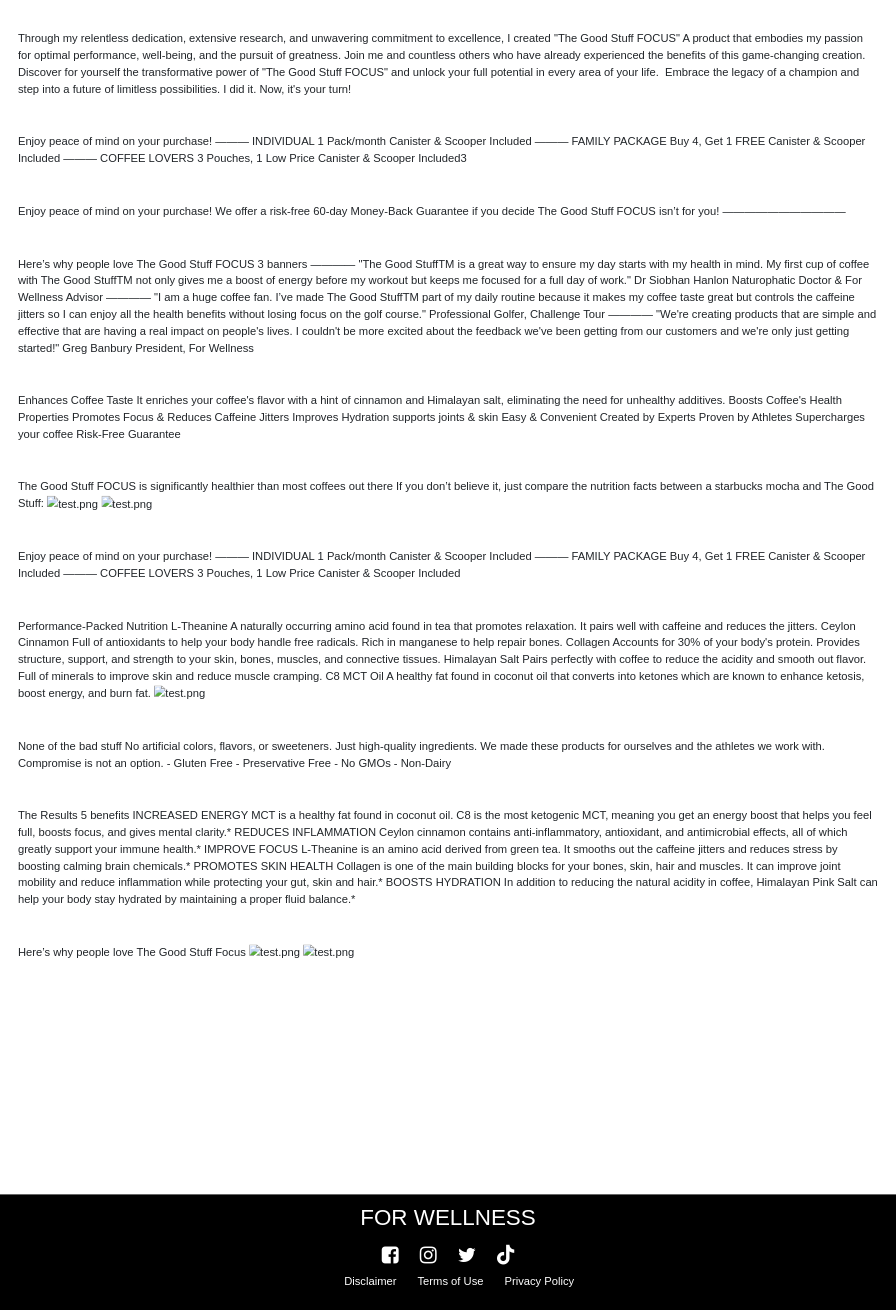
Repository: dariusprince90/wellness-landing
Page: index.html
The author's editor kept a copy of each file at every save. The page is drawn from the files as they stood at one save, then again after the next save.
The browser window is 1280 px wide. The pictures show the part of the page from y = 2826 to 4746 px (the page is 4698 px tall before and 4746 px after), at 70% of full size.

Above is the page before, as saved 2023-07-26 10:31:03.

### index.html
<!doctype html>
<html lang="en">

<head>
  <title>For Wellness Store</title>
  <!-- Required meta tags -->
  <meta charset="utf-8">
  <meta name="viewport" content="width=device-width, initial-scale=1, shrink-to-fit=no">

  <!-- Bootstrap CSS v5.2.1 -->
  <link href="https://cdn.jsdelivr.net/npm/bootstrap@5.2.1/dist/css/bootstrap.min.css" rel="stylesheet"
    integrity="sha384-iYQeCzEYFbKjA/T2uDLTpkwGzCiq6soy8tYaI1GyVh/UjpbCx/TYkiZhlZB6+fzT" crossorigin="anonymous">
    <link rel="stylesheet" href="https://cdnjs.cloudflare.com/ajax/libs/font-awesome/6.4.0/css/all.min.css" integrity="sha512-iecdLmaskl7CVkqkXNQ/ZH/XLlvWZOJyj7Yy7tcenmpD1ypASozpmT/E0iPtmFIB46ZmdtAc9eNBvH0H/ZpiBw==" crossorigin="anonymous" referrerpolicy="no-referrer" />
    <link rel="stylesheet" href="https://maxcdn.bootstrapcdn.com/font-awesome/4.7.0/css/font-awesome.min.css">
    <link rel="stylesheet" href="css/styles.css">


</head>

<body>
  <header>
    Urgent News for Coffee Lovers Across America

  </header>
  <main>

    <section class="s-001-text">

        The Healthy Coffee Creamer that will completely elevate your morning routine.


Could this decadent mocha creamer be the
secret to better Aging, Improved Energy Levels, and a Healthier Body Composition?


1st sales banners

Boosts Energy
and Burns Fat

Boost Focus,
Feel Fuller, and Obtain Mental Clarity


Supercharges the Natural Health Benefits of Your Coffee


Supports Joints,
Skin, and
Hair Health

    </section>
<br/>
<br/>

    <section class="s-002-text">

        “I can't believe this is actually good for me!”

- I shouted out after my first cup of The Good Stuff FOCUS...


———————————
If you're anything like me, you understand the sheer joy of that perfect cup of morning coffee, complete with a generous scoop of sugar and cream.

The aroma fills the air, that first sip tantalizes your taste buds, and a warm rush of satisfaction washes over you.

It's a routine we can all relate to, isn't it?

Now, when it comes to creamers, my weakness has always been those with a cocoa or chocolate flavor.

It takes that already divine experience and elevates it to new heights of indulgence.
    </section>

    <section class="s-003-text">

        But here's the catch—I've always felt a twinge of guilt
when giving in to my sweet tooth and adding those
extra scoops of cream and sugar to my coffee...

    </section>
    <section class="s-004-text">
        Deep down, I knew it wasn't the healthiest choice, yet I found myself doing it almost every morning

———————————


About a year ago, as I glanced at the scale, I realized it was time for a major change.

Despite considering myself fairly healthy, working out three times a week and making smarter food choices like opting for sweet potato fries over regular ones, I still couldn't shake off that stubborn belly fat and flabby arms.

It puzzled me.

How could I be putting in the effort to stay healthy but still struggle with 20-30 pounds of excess weight?

———————————


For as long as I can remember, my routine involved jogging to Starbucks in Naperville each morning, treating myself to either a grande Java Chip Frappuccino or a Venti Cafe Mocha as a reward for completing my run.

I always assumed these drinks were relatively healthy, no different from the coffee I made at home with cream and sugar.

That illusion shattered when I stumbled upon a Facebook post from one of my fit friends, exposing the alarming sugar content in Starbucks drinks.

Naturally, I was skeptical at first, but curiosity got the better of me. I visited Starbucks' website, and there it was—the nutrition label, revealing a shocking truth.
    </section>
    <section class="s-005-text">
        <img src=""/ alt="test.png">
        <img src=""/ alt="test.png">

    </section>
    <section class="s-006-text">
        I'm no nutritionist or personal trainer, but even I could see the red flags: nearly 60 grams of sugar, over 400 calories per drink, and a laundry list of unrecognizable ingredients like Xanthan Gum, Palm Kernel Oil, and Processed Alkali.

It was a wake-up call.

I realized my health was gradually deteriorating, and there was a reason I couldn't shed that stubborn belly fat, or as I affectionately called it, my built-in flotation device.
———————————


But it wasn't just the weight gain—I began noticing
random bumps and wrinkles on my skin, and my hair
seemed to be thinning by the month.
———————————


Aging, I thought, until I considered the possibility that there might be more to it.

Refusing to accept my fate of carrying around those extra pounds and experiencing premature aging, I embarked on a mission to find a solution.

I scoured the internet for a way to maintain my beloved chocolate coffee morning routine without compromising two things:
———————————


The 2 buttons

The delicious taste of my coffee

And my overall well-being
    </section>

    <section class="s-007-text">

After days of intensive research,
I stumbled upon a unique product
called "The Good Stuff FOCUS"


Created by none other than professional golfer Phil Mickelson and his long-term friend and elite performance coach, Dave Phillips.

It promised to be a healthy alternative to the additional 500 calories
I was consuming each morning in my coffee.

Curiosity piqued, I decided to take the plunge and ordered a
bag—and let me tell you,

I haven't looked back since.



Dave PhillipsElite Performance Coach
& For Wellness Co-founder
    </section>

    <section class="s-008-text">
        <img src="" alt="test.png"/>
        <img src="" alt="test.png"/>
        <img src="" alt="test.png"/>

        The results have been astounding!

3 banners

My productivity has
drastically improved…

My workouts are stronger
and more efficient..

My daily energy has
noticeably improved.

The best part?

I didn't have to sacrifice the heavenly taste I love
in order to become healthier!

It's a win-win situation that has me hooked for life.

    </section>
    <section class="s-009-text">
        <img src="" alt="test.png"/>
    </section>
    <section class="s-010-text">
        We hear stories like this all the time from our customers and
I’d like to dive a bit deeper into


Why The Good Stuff™ FOCUS is such a powerful
tool when it comes to optimizing health, focus,
and a better quality of life


Before I share with you a bit more about
The Good Stuff™ FOCUS, I’d like to tell you a little bit about me and why I created this life changing product that has propelled me to:

3 benefits

Take my health from getting sick every couple of months to 100%

Achieve tied 2nd place at the Masters tournament this year, at the age of 52 (17 years older than the first place winner!)


Feel the best I have in years

And so much more.

<img src="" alt="test.png"/>
Phil MickelsonElite Performance Coach
& For Wellness Co-founder
    </section>

    <section class="s-011-text">
        Hey there, I'm Phil Mickelson
        <img src="" alt="test.png"/>

If you're a fan of professional golf, chances are you've heard my name before.

But for those who don't know me, let me introduce myself.

I've dedicated most of my life to playing golf at the highest level, constantly striving for greatness and pushing my limits.

Throughout my journey, I've accomplished some incredible feats with the help of hard work and an incredible support system.

I take pride in being a three-time Masters tournament champion, along with clinching victory in 42 other major PGA Tour events, including being the oldest winner of the PGA Championship at the age of 51 in 2021.

Of course, there have been moments of near-misses and runner-ups, but that's all part of the game.

However, there's more to my story than golf championships.

    </section>


    <section class="s-012-text">
        I've undergone a personal transformation
that has had a profound impact on my life

It all started with a realization that I needed to take accountability for my own health if
I wanted any chance at longevity in my golf career.

This sparked my desire to share my journey and help others unlock their full potential.

And that's how For Wellness came to be—a company with a mission to ignite holistic improvement, not just in performance, but in overall well-being.
    </section>

    <section class="s-013-text">
        But let me take you back to a critical moment
in my life, around 13 years ago.

At the time, I was at the pinnacle of my career.

On the surface, it seemed like I had it all—a promising golfing future and a path to winning my third Masters title.

But behind the scenes, something sinister was brewing.

Every 2-3 months I would fall incredibly ill seemingly out of nowhere.

It was a terrifying situation that sent me searching for answers.
———————————

Following countless doctor visits and consultations with world renowned medical specialists we discovered that my immune system was under attack due to a major imbalance in my Th1 and Th2 cells.

This was following my diagnosis of psoriatic arthritis which was a major issue given that I rely on my body and health in order to keep living out my passions.

———————————

Now, if you're unfamiliar with psoriatic arthritis, consider yourself fortunate.

Psoriatic arthritis is an agonizing autoimmune disease, in which your body's immune system attacks healthy cells and tissue, causing inflammation in your joints.

Not only is it extremely painful, but psoriatic arthritis also causes stiffness in joints.

As a professional sportsman, my entire career, everything I'd spent decades working toward, was in jeopardy.


It was a life-altering moment that forced me
to confront my health head-on.

———————————

But I wasn't ready to let my condition dictate my future.

I embarked on a relentless quest to find a solution, exploring various treatments and seeking advice from top specialists.

It was during this journey that I discovered the power of holistic approaches to wellness—combining the right nutrition, lifestyle adjustments, and targeted support for my body's needs.

The biggest factor that we discovered in my case was that I needed to increase my Th2 cell production.


    </section>


    <section class="s-014-text">
        Driven by my own experiences and the desire to help others
facing similar challenges,


I became determined to create a product
that could enhance not only performance but overall well-being


I consulted my close friend and renowned performance coach Dave Phillips. He’s long been an advocate for the health benefits of coffee, and he whipped up what would go on to become The Good Stuff™, the first iteration of our super-powered super powder designed to help and feel your best.

Dave literally came up with this blend while experimenting in his kitchen and came up with something truly life-changing. After the success of The Good Stuff™, we started thinking about what other utility we wanted from our coffee, to help people get not only the best from their bodies, but from their minds as well.

Dave Phillips & Elite Performance Coach
& For Wellness Co-founder
    </section>
    <section class="s-015-text">
        "The Good Stuff FOCUS”
        was born out of this vision


        A carefully crafted formula that combines
        the best natural ingredients to:

        4 benefits

        - Boost Focus and Mental Clarity,

        - Increase Energy,

        - Combats Inflammation,

        - Promotes joint, skin, and hair health

    </section>
    <section class="s-016-text">
        Through my own personal journey, I've learned that even in the face of adversity, transformation is possible.

I ditched the bad stuff, overhauled my diet and exercise regime, and I’ve never looked back.

Today, I stand before you as living proof that embracing a holistic approach to wellness can have a profound impact on our lives.

There is a reason The Good Stuff FOCUS is my secret weapon for peak performance, enhanced concentration, and a winning edge in everything I do.

    </section>

    <section class="s-017-text">
        Let me share with you the story
behind its creation


———————————
———————————

Fueling My Success

As a professional golfer, I understand the importance of optimal physical and mental well-being in achieving greatness on and off the course.

Along with my close friend and top performance coach, Dave Phillips, I realized that I needed a tool that could provide sustained energy, enhance focus, and promote a positive mindset – all essential elements for peak performance.

———————————
———————————
Unleashing Natural Energy

I was determined to create a solution that didn't rely on artificial stimulants or short-lived energy boosts.

Instead, I wanted to harness the power of natural ingredients to provide a sustained and balanced lift in energy.

I wanted individuals to operate at their best without the jitters or crashes often associated with traditional energy drinks or coffee.


———————————
———————————
Mood-Boosting Magic

I recognized the significant impact of mood on our daily lives.

That's why I set out to develop a product that could uplift spirits, reduce stress, and promote a positive outlook.

I wanted to create a mood-enhancing experience that would empower individuals to face challenges with resilience, optimism, and unwavering determination.

———————————
———————————
Elevating the Morning Ritual

I understood the importance of a well-crafted morning routine in setting the tone for the entire day.

That's why "The Good Stuff FOCUS" is designed as a powerful but simple addition to anyone's morning ritual – a delightful, flavorful, and mood-boosting elixir that turns ordinary mornings into extraordinary moments of self-care and personal growth.

    </section>

    <section class="s-018-text">
        Through my relentless dedication,
extensive research, and unwavering commitment to excellence, I created "The Good Stuff FOCUS"

A product that embodies my passion for optimal performance,
well-being, and the pursuit of greatness.


Join me and countless others who have already experienced the benefits of this game-changing creation.

Discover for yourself the transformative power of "The Good Stuff FOCUS" and unlock your full potential in every area of your life.

Embrace the legacy of a champion and step into a future of limitless possibilities.


I did it. Now, it's your turn!
    </section>
    <section class="s-019-text">
        Enjoy peace of mind on your purchase!

———
INDIVIDUAL
1 Pack/month
Canister & Scooper Included
———
FAMILY PACKAGE
Buy 4, Get 1 FREE

Canister & Scooper Included

———
COFFEE LOVERS

3 Pouches, 1 Low Price


Canister & Scooper Included3
    </section>
    <section class="s-020-text">
        Enjoy peace of mind on your purchase!

We offer a risk-free 60-day
Money-Back Guarantee if you decide
The Good Stuff FOCUS isn’t for you!

———————————
</section>
<section class="s-021-text">
Here’s why people love The Good Stuff FOCUS

3 banners
————
"The Good StuffTM is a great way to ensure my day starts with my health in mind.
My first cup of coffee with The Good StuffTM not only gives me a boost of energy before my workout but keeps me focused for a full day of work."

Dr Siobhan Hanlon
Naturophatic Doctor & For Wellness Advisor


————
"I am a huge coffee fan. I’ve made The Good StuffTM part of my daily routine because it makes my coffee taste great but controls the caffeine jitters so I can enjoy all the health benefits without losing focus on the golf course."

Professional Golfer, Challenge Tour

————
"We're creating products that are simple and effective that are having a real impact on people's lives. I couldn't be more excited about the feedback we've been getting from our customers and we're only just getting started!"

Greg Banbury
President, For Wellness
</section>

<section class="s-022-text">
        Enhances Coffee Taste

	It enriches your coffee's flavor with a hint of cinnamon and Himalayan salt, eliminating the need for unhealthy additives.


Boosts Coffee's Health Properties


Promotes Focus & Reduces Caffeine Jitters

Improves Hydration


supports joints & skin

Easy & Convenient


Created by Experts


Proven by Athletes


Supercharges your coffee


Risk-Free Guarantee

    </section>

    <section class="s-023-text">
        The Good Stuff FOCUS is significantly healthier
than most coffees out there

If you don’t believe it, just compare the nutrition facts between
a starbucks mocha and The Good Stuff:

<img src="" alt="test.png"/>
<img src="" alt="test.png"/>

    </section>
    <section class="s-024-text">
        Enjoy peace of mind on your purchase!
———
INDIVIDUAL
1 Pack/month
Canister & Scooper Included
———
FAMILY PACKAGE
Buy 4, Get 1 FREE

Canister & Scooper Included

———
COFFEE LOVERS

3 Pouches, 1 Low Price


Canister & Scooper Included
    </section>
    <section class="s-025-text">
        Performance-Packed Nutrition

L-Theanine

A naturally occurring amino acid found in tea that promotes relaxation. It pairs well with caffeine and reduces the jitters.


Ceylon Cinnamon


Full of antioxidants to help your body handle free radicals. Rich in manganese to help repair bones.


Collagen

Accounts for 30% of your body's protein. Provides structure, support, and strength to your skin, bones, muscles, and connective tissues.


Himalayan Salt

Pairs perfectly with coffee to reduce the acidity and smooth out flavor. Full of minerals to improve skin and reduce muscle cramping.


C8 MCT Oil

A healthy fat found in coconut oil that converts into ketones which are known to enhance ketosis, boost energy, and burn fat.
<img src="" alt="test.png"/>
    </section>
    <section class="s-026-text">
        None of the bad stuff

No artificial colors, flavors, or sweeteners. Just high-quality ingredients. We made these products
for ourselves and the athletes we work with. Compromise is not an option.


-
Gluten Free

-
Preservative Free

-
No GMOs

-
Non-Dairy
    </section>

    <section class="s-027-text">

The Results

5 benefits

INCREASED ENERGY

MCT is a healthy fat found in coconut oil. C8 is the most ketogenic MCT, meaning you get an energy boost that helps you feel full, boosts focus, and gives mental clarity.*

REDUCES INFLAMMATION


Ceylon cinnamon contains
anti-inflammatory, antioxidant, and antimicrobial effects, all of which greatly support your immune health.*


IMPROVE FOCUS



L-Theanine is an amino acid derived from green tea. It smooths out the caffeine jitters and reduces stress by boosting calming brain chemicals.*


PROMOTES SKIN HEALTH


Collagen is one of the main building blocks for your bones, skin, hair and muscles. It can improve joint mobility and reduce inflammation while protecting your gut, skin and hair.*


BOOSTS HYDRATION


In addition to reducing the natural acidity in coffee, Himalayan Pink Salt can help your body stay hydrated by maintaining a proper fluid balance.*

    </section>

    <section class="s-028-text">
        Here’s why people love The Good Stuff Focus
        <img src="" alt="test.png"/>
        <img src="" alt="test.png"/>
    </section>
    <section class="s-029-text">
    </section>
    <section class="s-030-text">
    </section>
    <section class="s-031-text">
    </section>

    <section class="s-032-text">
    </section>

    <section class="s-00#-text">
    </section>
    <section class="s-00#-text">
    </section>


  </main>
  <footer>
    <h2>
        FOR WELLNESS
    </h2>
    <span>
        <i class="fa fa-facebook-square soclmd" aria-hidden="true"></i>
        <i class="fa fa-instagram soclmd" aria-hidden="true"></i>
        <i class="fa fa-twitter soclmd" aria-hidden="true"></i>
        <i class="fa-brands fa-tiktok soclmd"></i>


    </span>

    <span>
        <ul>
            <li>Disclaimer</li>
            <li>Terms of Use</li>
            <li>Privacy Policy</li>

        </ul>

    </span>



  </footer>
  <!-- Bootstrap JavaScript Libraries -->
  <script src="https://cdn.jsdelivr.net/npm/@popperjs/core@2.11.6/dist/umd/popper.min.js"
    integrity="sha384-oBqDVmMz9ATKxIep9tiCxS/Z9fNfEXiDAYTujMAeBAsjFuCZSmKbSSUnQlmh/jp3" crossorigin="anonymous">
  </script>

  <script src="https://cdn.jsdelivr.net/npm/bootstrap@5.2.1/dist/js/bootstrap.min.js"
    integrity="sha384-7VPbUDkoPSGFnVtYi0QogXtr74QeVeeIs99Qfg5YCF+TidwNdjvaKZX19NZ/e6oz" crossorigin="anonymous">
  </script>
</body>

</html>

### css/styles.css
@import url('https://fonts.googleapis.com/css2?family=Lato:wght@900&display=swap');



body, footer, header {
    font-family: 'Poppins', sans-serif;
}

header {
    font-family: 'Poppins', sans-serif;
    font-weight: 500;
}

footer, header, .s-012-text {
    background-color: #000000;
    color: #ffffff;
    text-align: center;
}

footer, header {
    padding: 1vw;
}

footer {
    bottom: 0;
    position: static;
}

ul li,
li {
    text-decoration: none;
    display: inline;
    padding: 1vw;
}

section {
    padding: 2vw;
}

.soclmd {
    font-size: 2.2vw;
    padding: 1vw;

}


/*
----------------------------------------------------------------
                Section styles
----------------------------------------------------------------
*/

.s-001-text {
        text-emphasis: none;
}

.s-002-text {
    text-emphasis: none;
}

.s-003-text {
    text-emphasis: none;
}

.s-004-text {
    text-emphasis: none;
}

.s-005-text {
    text-emphasis: none;
}

.s-006-text {
    text-emphasis: none;
}


.s-007-text {
    text-emphasis: none;
}

.s-008-text {
    text-emphasis: none;
}

.s-009-text {
    text-emphasis: none;
}

.s-010-text {
    text-emphasis: none;
}

.s-011-text {
    text-emphasis: none;
}

.s-012-text {
    text-emphasis: none;
}

.s-013-text {
    text-emphasis: none;
}

.s-014-text {
    text-emphasis: none;
}

.s-015-text {
    text-emphasis: none;
}

.s-016-text {
    text-emphasis: none;
}


.s-017-text {
    text-emphasis: none;
}

.s-018-text {
    text-emphasis: none;
}

.s-019-text {
    text-emphasis: none;
}

.s-020-text {
    text-emphasis: none;
}

.s-021-text {
    text-emphasis: none;
}


.s-022-text {
    text-emphasis: none;
}

.s-023-text {
    text-emphasis: none;
}

.s-024-text {
    text-emphasis: none;
}

.s-025-text {
    text-emphasis: none;
}

.s-026-text {
    text-emphasis: none;
}


.s-027-text {
    text-emphasis: none;
}

.s-028-text {
    text-emphasis: none;
}

.s-029-text {
    text-emphasis: none;
}

.s-030-text {
    text-emphasis: none;
}

.s-00#-text {
    text-emphasis: none;
}



.s-00#-text {
    text-emphasis: none;
}

.s-00#-text {
    text-emphasis: none;
}

After the next save:
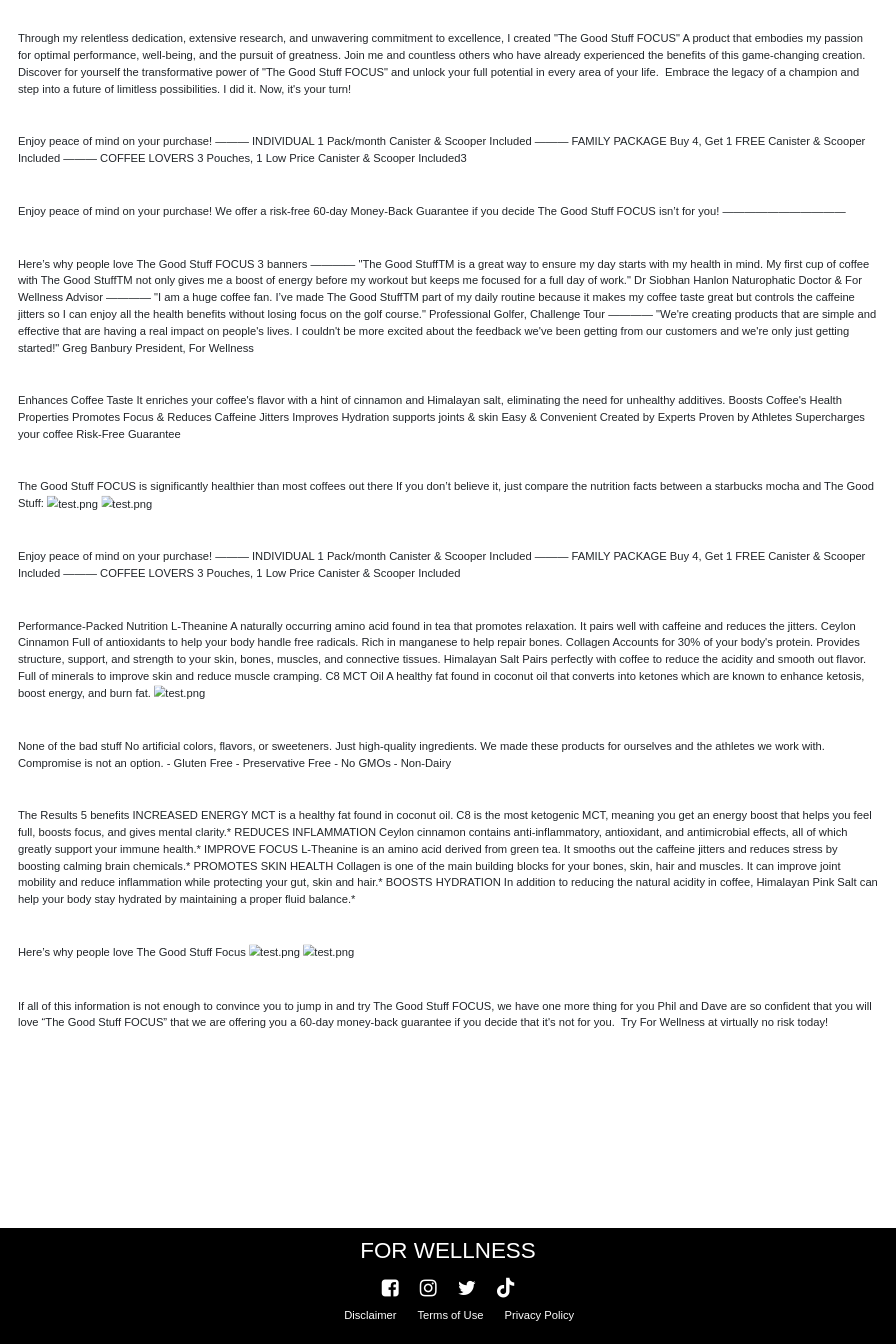
Saved 32 s later.
--- a/index.html
+++ b/index.html
@@ -617,6 +617,12 @@
         <img src="" alt="test.png"/>
     </section>
     <section class="s-029-text">
+        If all of this information is not enough to convince you to jump in and try The Good Stuff FOCUS, we have one more thing for you
+
+Phil and Dave are so confident that you will love “The Good Stuff FOCUS” that we are offering you a 60-day money-back
+guarantee if you decide that it's not for you.
+
+Try For Wellness at virtually no risk today!
     </section>
     <section class="s-030-text">
     </section>
